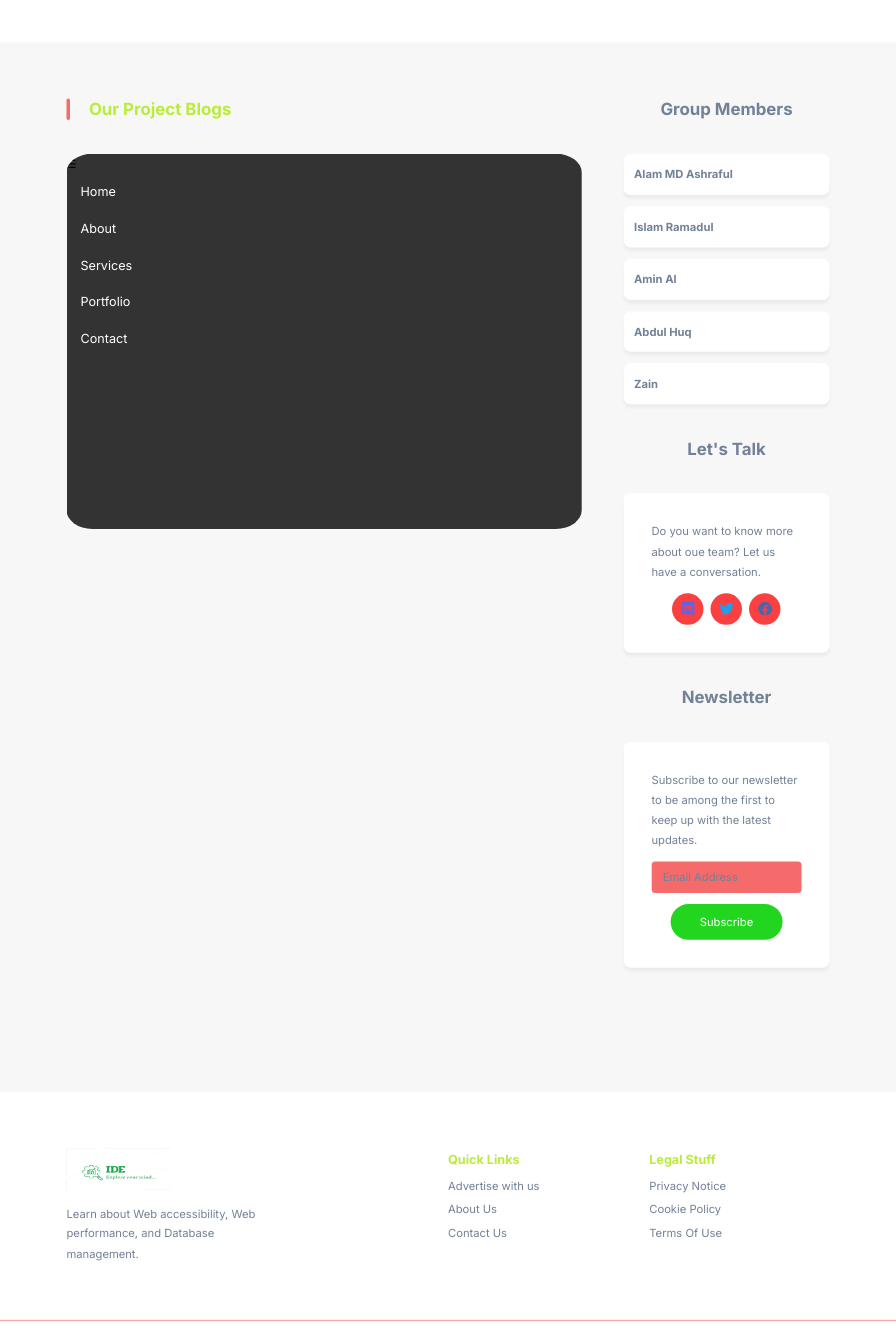
Repository: ramizraaz/zjuTeam
Page: main.html
The author's editor kept a copy of each file at every save. The page is drawn from the files as they stood at one save, then again after the next save.
The browser window is 1280 px wide. The pictures show the part of the page from y = 492 to 2392 px (the page is 2435 px tall), at 70% of full size.
A picture or video elsewhere on the page could not be fetched, so the positions and the page height are approximate.

Above is the page before, as saved 2023-10-22 22:01:51.

After the next save:
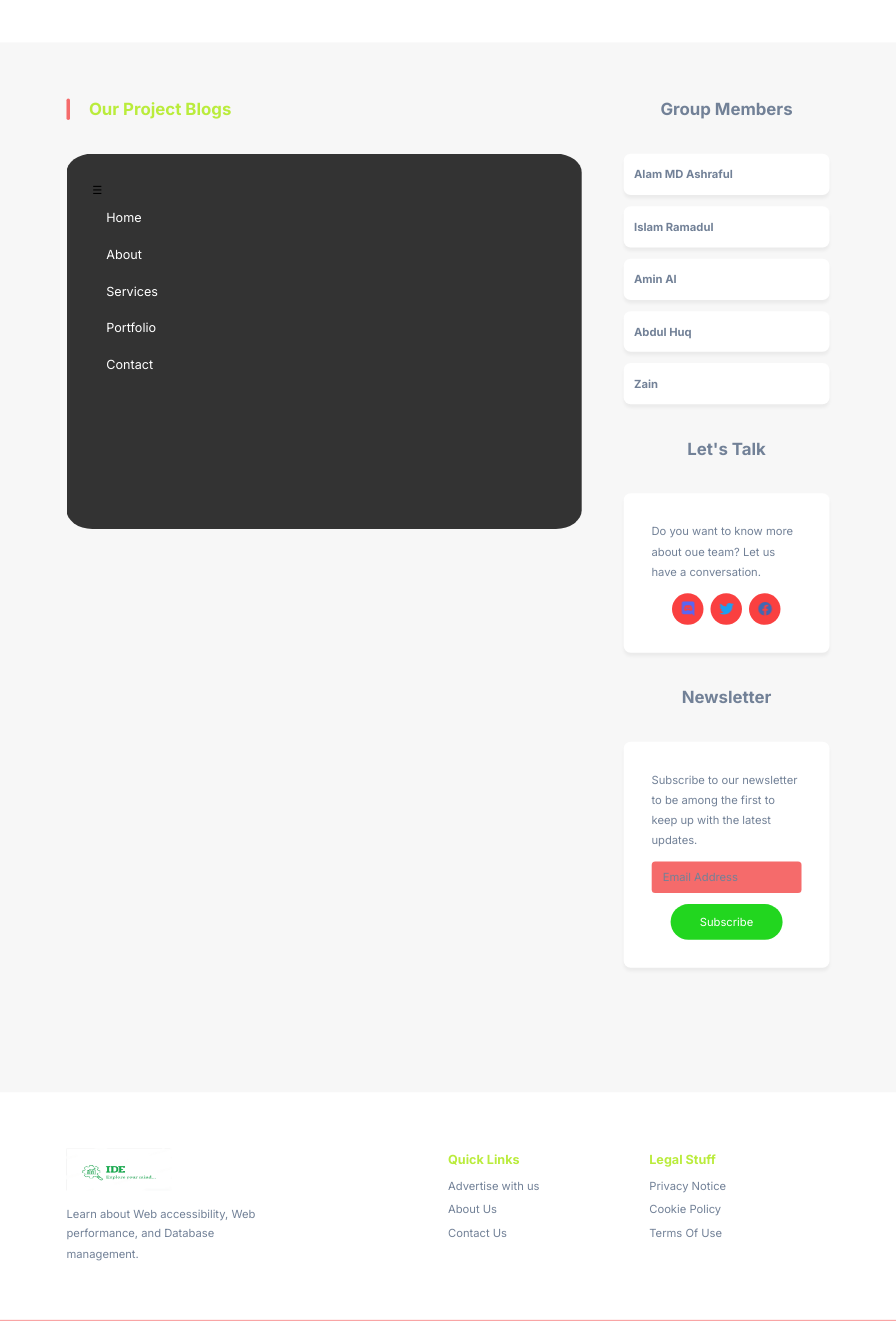
Saved 25 s later.
--- a/main.css
+++ b/main.css
@@ -374,6 +374,7 @@ header .btn-group {
     height: 40%;
     width: 100%;
     border-radius: 5%;
+    padding: 5%;
     position: sticky;
     top: 0;
     background-color: #333;
